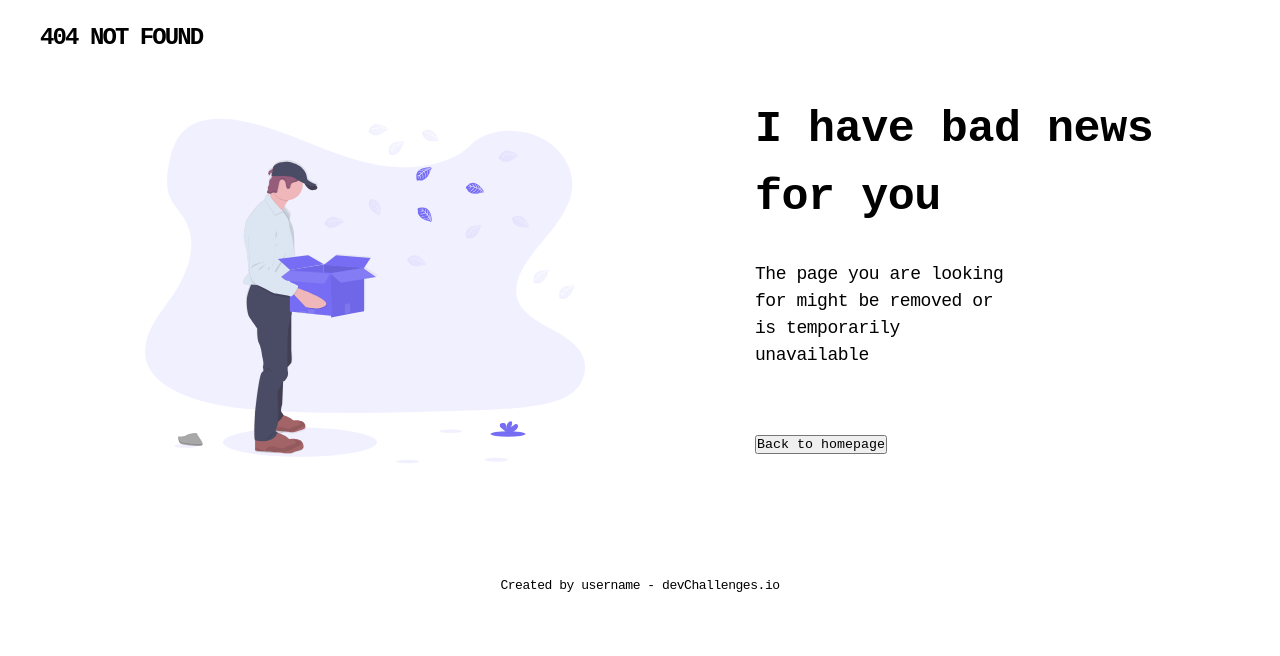
Repository: georgisenze/404-not-found-challeng
Page: index.html
An editor plug-in stored every save of this project. The page is shown before and after a run of saves, followed by the edit.
The browser window is 1280 px wide. The pictures show the whole page.

Above is the page before, as saved 2023-02-21 07:14:45.

After the next 2 saves:
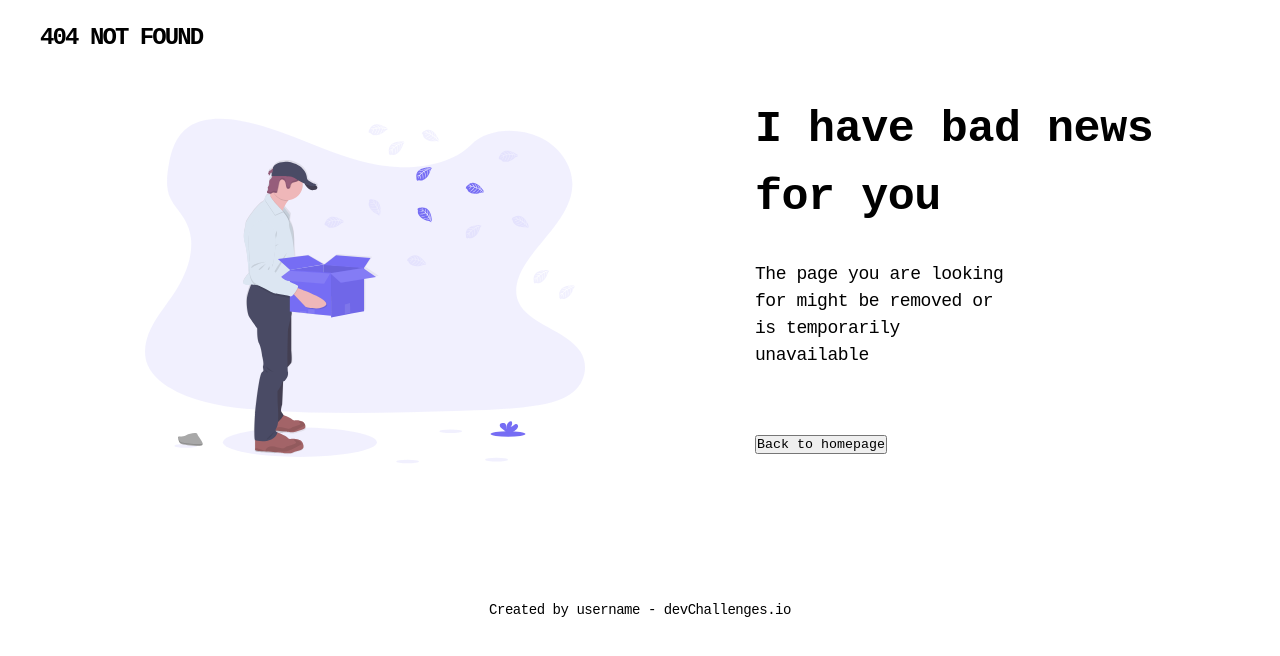
The 2 saves are shown as one change because they came seconds apart.
The last was saved 21 s later.
--- a/assets/css/style.css
+++ b/assets/css/style.css
@@ -70,4 +70,6 @@ header p {
 
 footer{
     text-align: center;
+    padding: 24px 0;
+    font-size: 14px;
 }
